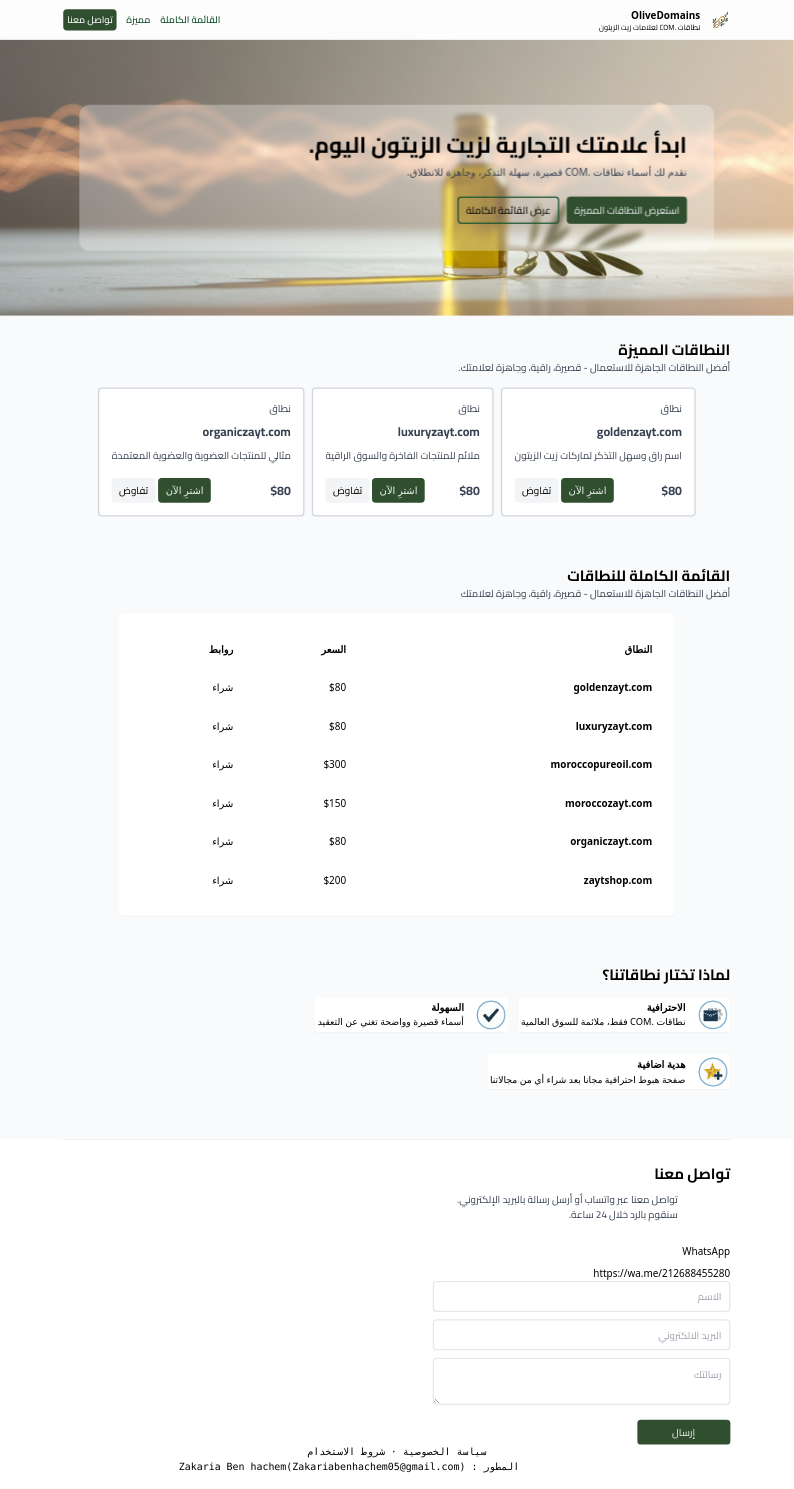
Repository: zakaria-bn05/Olive-oil-domaine-names-english-version
Page: index.html
An editor plug-in stored every save of this project. The page is shown before and after the next save, followed by the edit.
The browser window is 1280 px wide. The pictures show the whole page, at 62% of full size.
Some web libraries are served in a nearby version.

Above is the page before, as saved 2025-11-17 14:04:57.

After the next save:
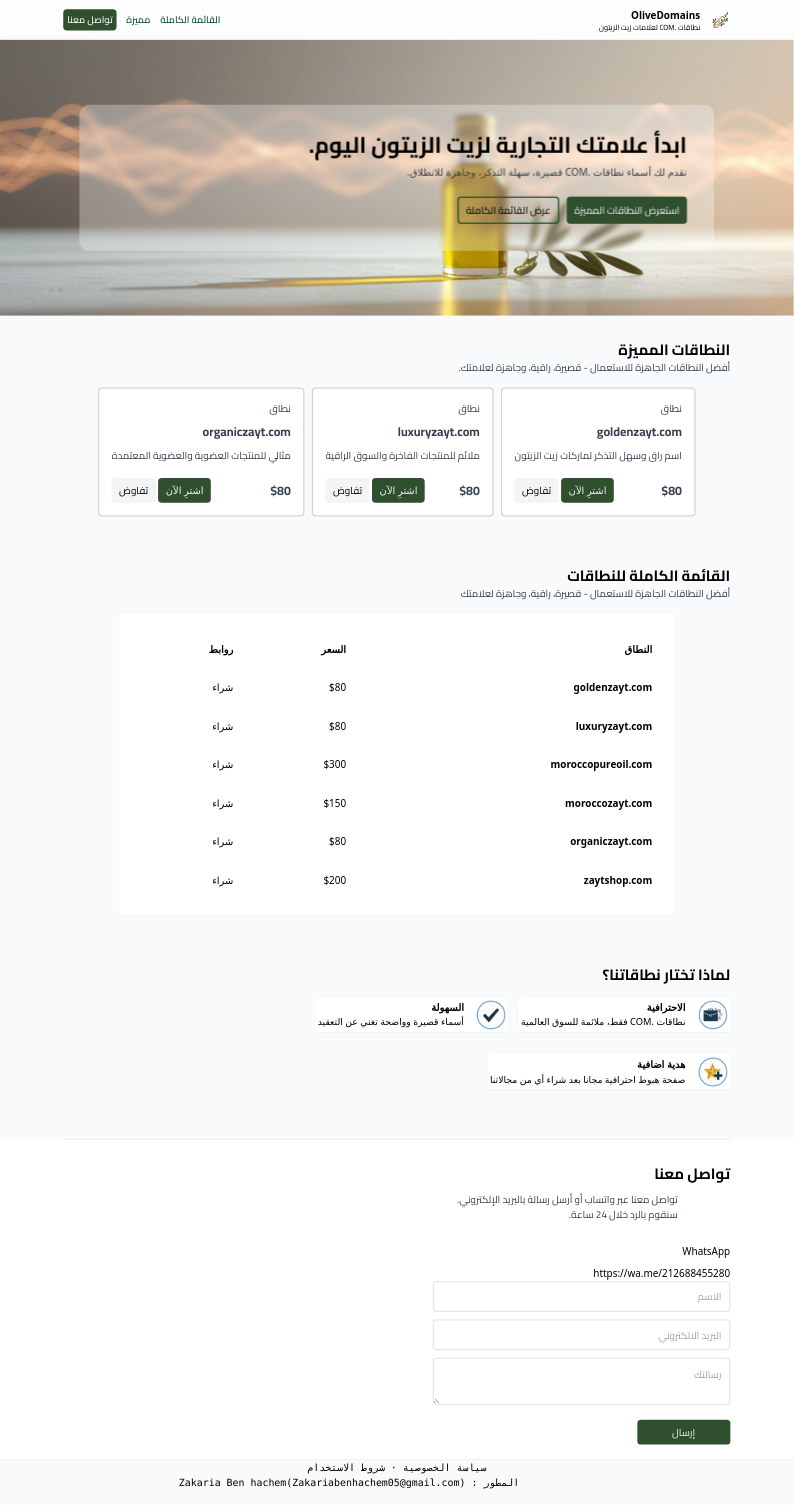
Saved 39 s later.
--- a/index.html
+++ b/index.html
@@ -249,12 +249,15 @@
                         class="bg-olive-btn font-cairo px-3 py-2 text-gray-100 rounded-md mt-3 w-1/4 cursor-pointer">
                 </form>
             </div>
-            <footer>
-                <pre class="text-center text-xm">سياسة الخصوصية · شروط الاستخدام
+            <br>
+
+        </article>
+        <hr>
+        <footer>
+            <pre class="text-center text-xm">سياسة الخصوصية · شروط الاستخدام
                 المطور : Zakaria Ben hachem(Zakariabenhachem05@gmail.com)
             </pre>
-            </footer>
-        </article>
+        </footer>
 
     </main>
 </body>
